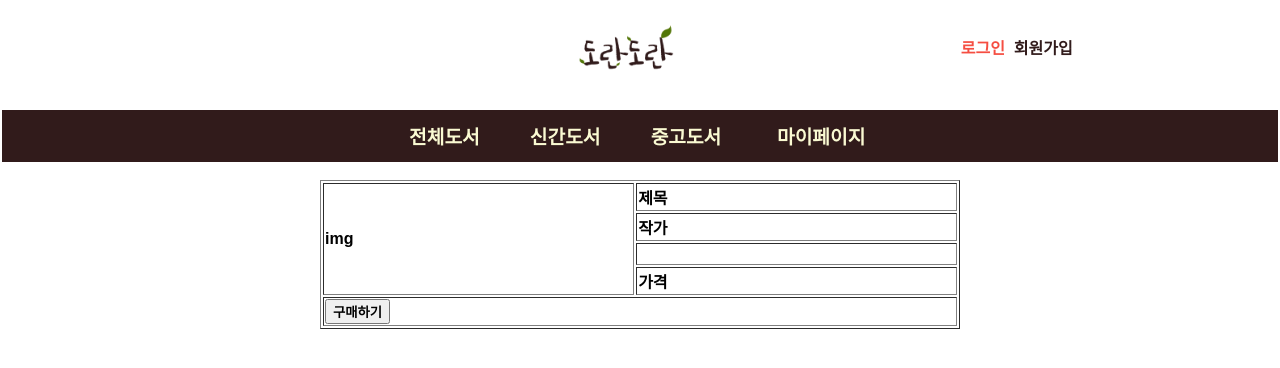
Repository: juhyun110701/DORANDORAN
Page: http://localhost/dorandoran/index.jsp
The author's editor kept a copy of each file at every save. The page is drawn from the files as they stood at one save, then again after the next save.
The browser window is 1280 px wide. The pictures show the whole page.
Some web fonts or font styles are not loaded; a fallback is used. The page is served by Tomcat 9. Queries for data that is not in the repository find no rows.

Above is the page before, as saved 2019-07-31 12:03:16.

### dorandoran/WebContent/index.jsp
<%@ page language="java" contentType="text/html; charset=UTF-8"
    pageEncoding="UTF-8" import="java.sql.*"%>
<%@ page import="doran.db.connection.DBConnection" %>
<!DOCTYPE html>
<html>
<head>
<meta charset="utf-8">
<title>도란도란</title>
<!--
<link rel="shortcut icon" href="img/logo.png">
<link rel="apple-touch-icon" href="img/logo_apple.png">
-->
<link rel="stylesheet" href="css/index.css">
<link href="https://fonts.googleapis.com/css?family=Sunflower:300&display=swap" rel="stylesheet">
</head>
<body>
<jsp:include page="top.jsp" flush="false"/><p>
<table border=1 width="50%" style="margin-left:25%;">
	<tr>
		<td rowspan=4>img</td>
		<td>제목</td>
	</tr>
	<tr>
		<td>작가</td>
	</tr>
	<tr>
		<td><br></td>
	</tr>
	<tr>
		<td>가격</td>
	</tr>
	<tr>
		<td colspan=2>
			<button>구매하기</button>
		</td>
	</tr>
</table>
<%--
    Connection conn=null;
    PreparedStatement pstmt=null;
    ResultSet rs=null;


    pstmt=conn.prepareStatement("select * from BOOK");
    rs=pstmt.executeQuery();
    out.println("<table border=\"1\" style=\"color:black;\">");
    while(rs.next()){
        out.println("<tr>");
        out.println("<td>"+rs.getString("title")+"</td>");
        log(rs.getString("title"));
        out.println("<td>"+rs.getString("writer")+"</td>");
        out.println("<td>"+rs.getString("publisher")+"</td>");
        out.println("<td>"+rs.getString("publish_date")+"</td>");
        out.println("<td>"+rs.getString("stock")+"</td>");
        out.println("<td>"+rs.getString("price")+"</td>");
        out.println("<td>"+rs.getString("genre")+"</td>");
        out.println("<td>"+rs.getString("translator")+"</td>");
        out.println("<td>"+rs.getString("review1")+"</td>");
        out.println("<td>"+rs.getString("review2")+"</td>");
        out.println("</tr>");
    }
    out.println("</table>");

    conn.close();
--%>
<%
	request.setCharacterEncoding("utf-8");

	String id=request.getParameter("id");
	String pw=request.getParameter("pw");

	Boolean isLogin=false;

	//db연결
    Connection conn=null;
    PreparedStatement pstmt=null;
    ResultSet rs=null;

    try{
    	conn=DBConnection.getCon();
    	String sql="select id, pw from member where id='"+id+"' and pw='"+pw+"'";
    	pstmt=conn.prepareStatement(sql);
    	rs=pstmt.executeQuery();

    	while(rs.next()){
  			//isLogin=true;
    		%>
  			<script>
  				var id="<%=id%>";
  				alert(id+"님 로그인되었습니다");
  				<%session.setAttribute("id", id); //세션%>
  				location.href="index.jsp";
  			</script>

<%
  		}//while


    }//try
    catch(SQLException e){
    	System.out.println(e.getMessage());
    }
    finally{
		try{
			if(rs!=null) rs.close();
			if(pstmt!=null) pstmt.close();
			if(conn!=null) conn.close();
		}
		catch(SQLException e){
			System.out.println(e.getMessage());
		}
	}
%>
</body>
</html>

### dorandoran/WebContent/top.jsp
<%@ page language="java" contentType="text/html; charset=UTF-8"
    pageEncoding="UTF-8"%>
<!DOCTYPE html>
<html>
<head>
<meta charset="utf-8">
<title>도란도란</title>
<!--
<link rel="shortcut icon" href="img/logo.png">
<link rel="apple-touch-icon" href="img/logo_apple.png">
-->
<link rel="stylesheet" href="css/index.css">
<link href="https://fonts.googleapis.com/css?family=Sunflower:300&display=swap" rel="stylesheet">
<script>
	function check(){
		alert("로그인 후 이용하실 수 있습니다");
		return ;
	}
</script>
</head>
<body>
    <table id="whole">
        <tr>
            <td width="45%"></td>
            <td width="10%"><a href="index.jsp"><img src="img/logo.png" width="80%"></a></td>
            <td width="45%" style="padding-left:20%;">
            <div id="login"></div>
                		<a href="login.jsp" class="top_menu" style="color:#f54e42;" target="_top">로그인</a>&nbsp;
                		<a href="signup.jsp" class="top_menu" target="_top">회원가입</a><p>
            </td>
        </tr>
        <tr class="menu">
            <td colspan=3>
                <table width="100%" height="50px">
                    <tr>
                       <td width="30%"></td>
                        <td class="menu_in"><a href="index.jsp">전체도서</a></td>
                        <td class="menu_in"><a href="recentBook.jsp">신간도서</a></td>
                        <td class="menu_in"><a href="oldBook.jsp">중고도서</a></td>
                        <td class="menu_in"><a onclick="check()">마이페이지</a></td>
                        <td width="30%"></td>
                    </tr>
                </table></td>
        </tr>
    </table>
</body>
</html>

### dorandoran/src/doran/db/connection/DBConnection.java
package doran.db.connection;

import java.sql.Connection;
import java.sql.DriverManager;
import java.sql.SQLException;

public class DBConnection {
	public static Connection getCon() throws SQLException{
		Connection conn=null;
		try {
			Class.forName("oracle.jdbc.driver.OracleDriver");
			String url = "jdbc:oracle:thin:@10.96.123.224:1521:xe";
		    String user = "doran";
		    String pass = "1234";

		    conn = DriverManager.getConnection(url, user, pass);
		    return conn;
		}
		catch(ClassNotFoundException e) {
			System.out.println(e.getMessage());
			return null;
		}
	}
}

### dorandoran/WebContent/css/index.css
body{
    margin:0;
}

*{
    font-family: 'Sunflower', sans-serif;
    font-weight:bold;
}

#whole{
    width:100%;
    height:100%;
}

a{
    text-decoration: none;
}

.top_menu{
    color:#311b1b;
}

.top_menu:hover{
    color:#ed6853;
}

#logout{
	background-color:transparent;
	border:none;
	outline:none;
}

.menu{
    background-color:#311b1b;
    text-align:center;
    font-size:120%;
}

.menu_in a{
    color:lightgoldenrodyellow;
    width:10%;
}

.menu_in a:hover{
    color:#ed6853;
}

After the next save:
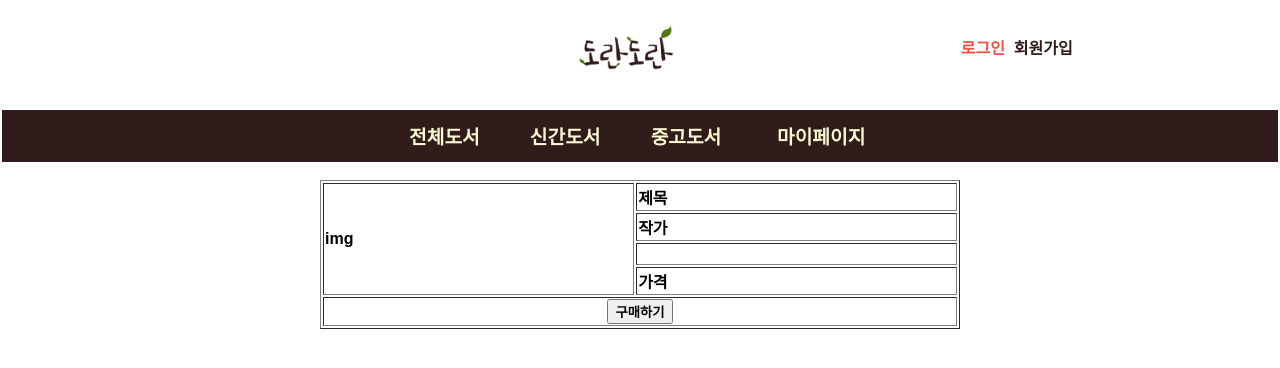
Saved 21 s later.
--- a/dorandoran/WebContent/index.jsp
+++ b/dorandoran/WebContent/index.jsp
@@ -30,7 +30,7 @@
 		<td>가격</td>
 	</tr>
 	<tr>
-		<td colspan=2>
+		<td colspan=2 align="center">
 			<button>구매하기</button>
 		</td>
 	</tr>
